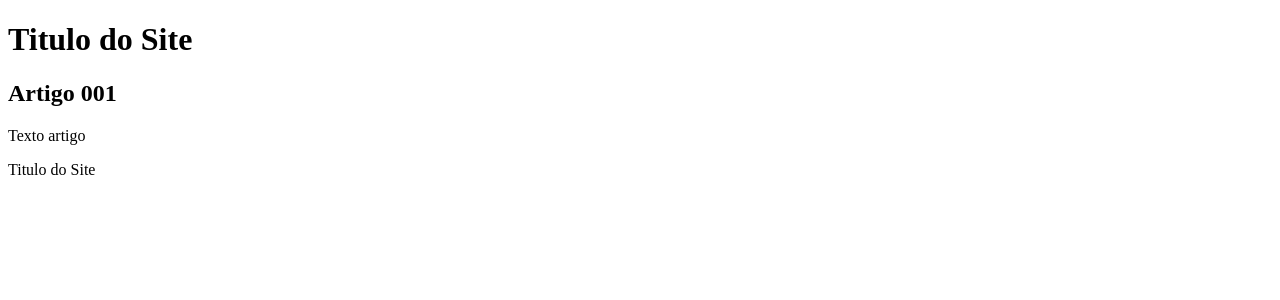
Repository: robertacristinaabreu01/projeto-siteGitHub
Page: index.html
An editor plug-in stored every save of this project. The page is shown before and after a run of saves, followed by the edit.
The browser window is 1280 px wide. The pictures show the whole page.

Above is the page before, as saved 2021-01-23 21:10:04.

### index.html
<!DOCTYPE html>
<html lang="pt-br">
<head>
    <meta charset="UTF-8">
    <meta name="viewport" content="width=device-width, initial-scale=1.0">
    <title>Titulo do Site</title>
</head>
<body>
    <main>
        <header>
            <h1>Titulo do Site</h1>
        </header>
        <article>
        <h1>Artigo 001</h1>
        <p>Texto artigo</p>
        </article>
        <article>Titulo do Site

        </article>

    </main>

</body>
</html>

After the next 4 saves:
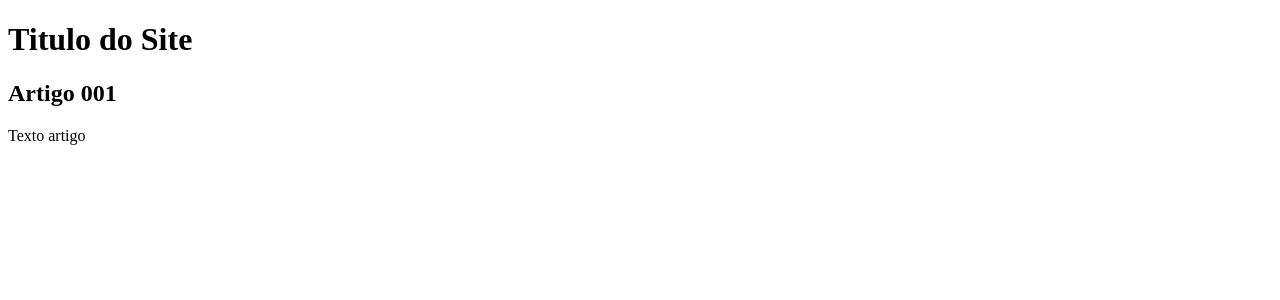
The 4 saves are shown as one change because they came seconds apart.
The last was saved 12 s later.
--- a/index.html
+++ b/index.html
@@ -14,8 +14,8 @@
         <h1>Artigo 001</h1>
         <p>Texto artigo</p>
         </article>
-        <article>Titulo do Site
-
+        <article>
+            <h1></h1>
         </article>
 
     </main>
